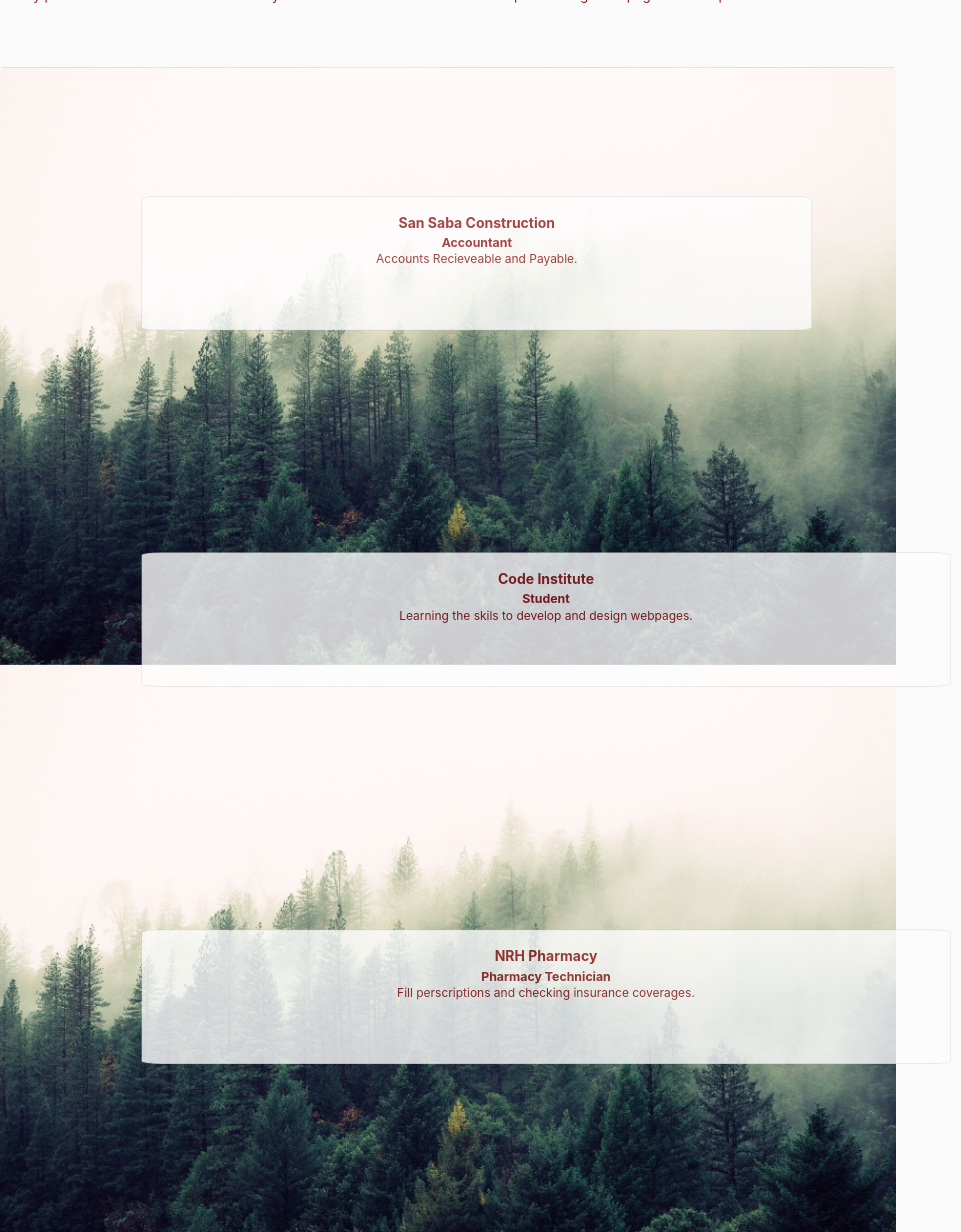
Repository: sshields9591/user-centric-project
Page: index.html
The author's editor kept a record of every edit. The page is drawn from the files as they stood at one moment, then again after the next edit.
The browser window is 1280 px wide. The page is 1373 px wide, so the pictures cover 1373 px, including what lies to the right of the window. The pictures show the part of the page from y = 1090 to 2850 px (the page is 5900 px tall before and 5841 px after), at 70% of full size.
Backgrounds fixed to the window are drawn as part of the page. Some web libraries are served in a nearby version.

Above is the page before.

After the next edit:
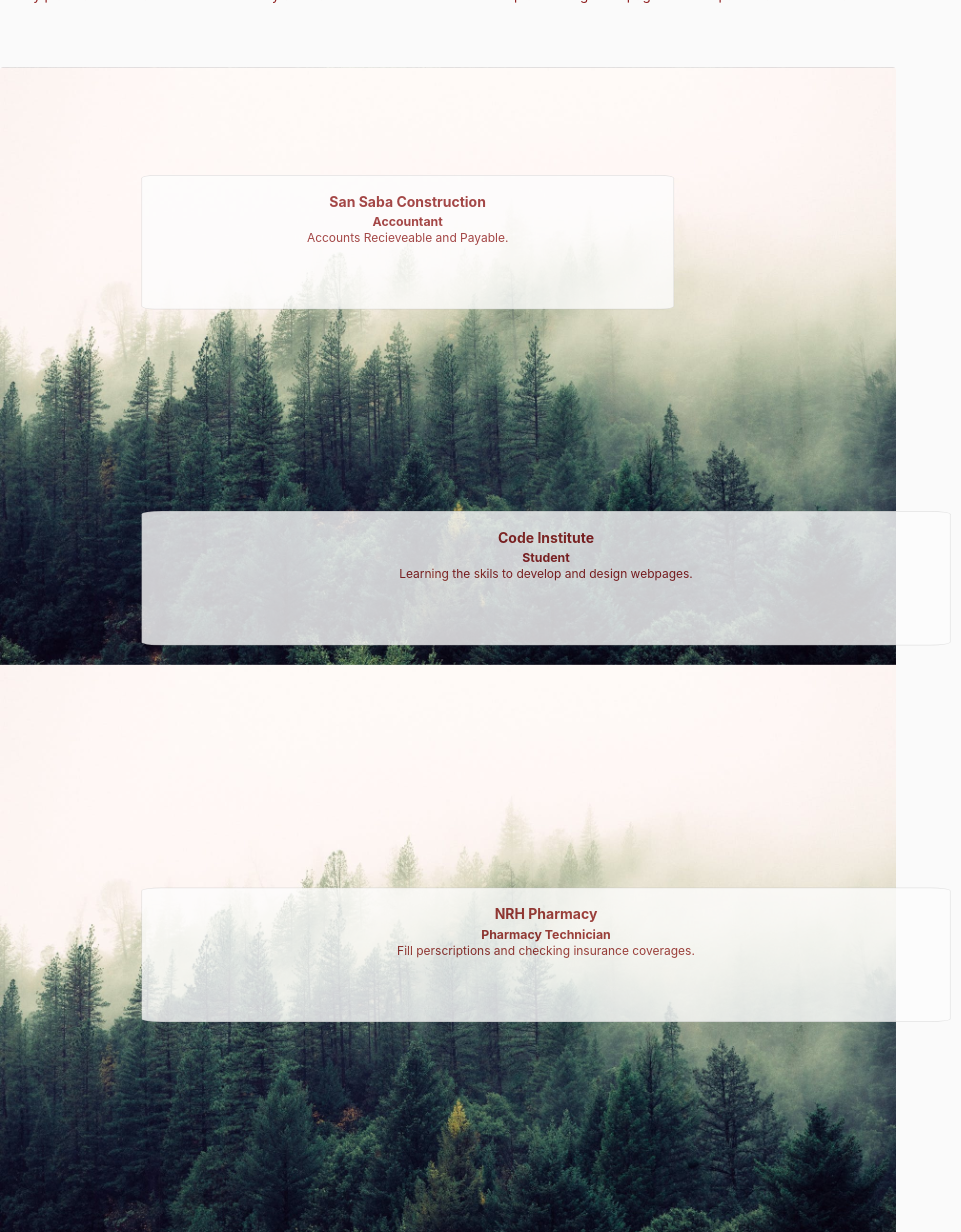
The edit:
--- a/index.html
+++ b/index.html
@@ -85,7 +85,7 @@
 
     <div class="jumbotron" id="work">
         <div class="container-fluid card-container">
-            <div class="col col-md-10 project-cards">
+            <div class="col col-md-8 project-cards">
                 <div class="card">
                     <div class="card-body">
                         <h5 class="card-title">San Saba Construction</h5>
